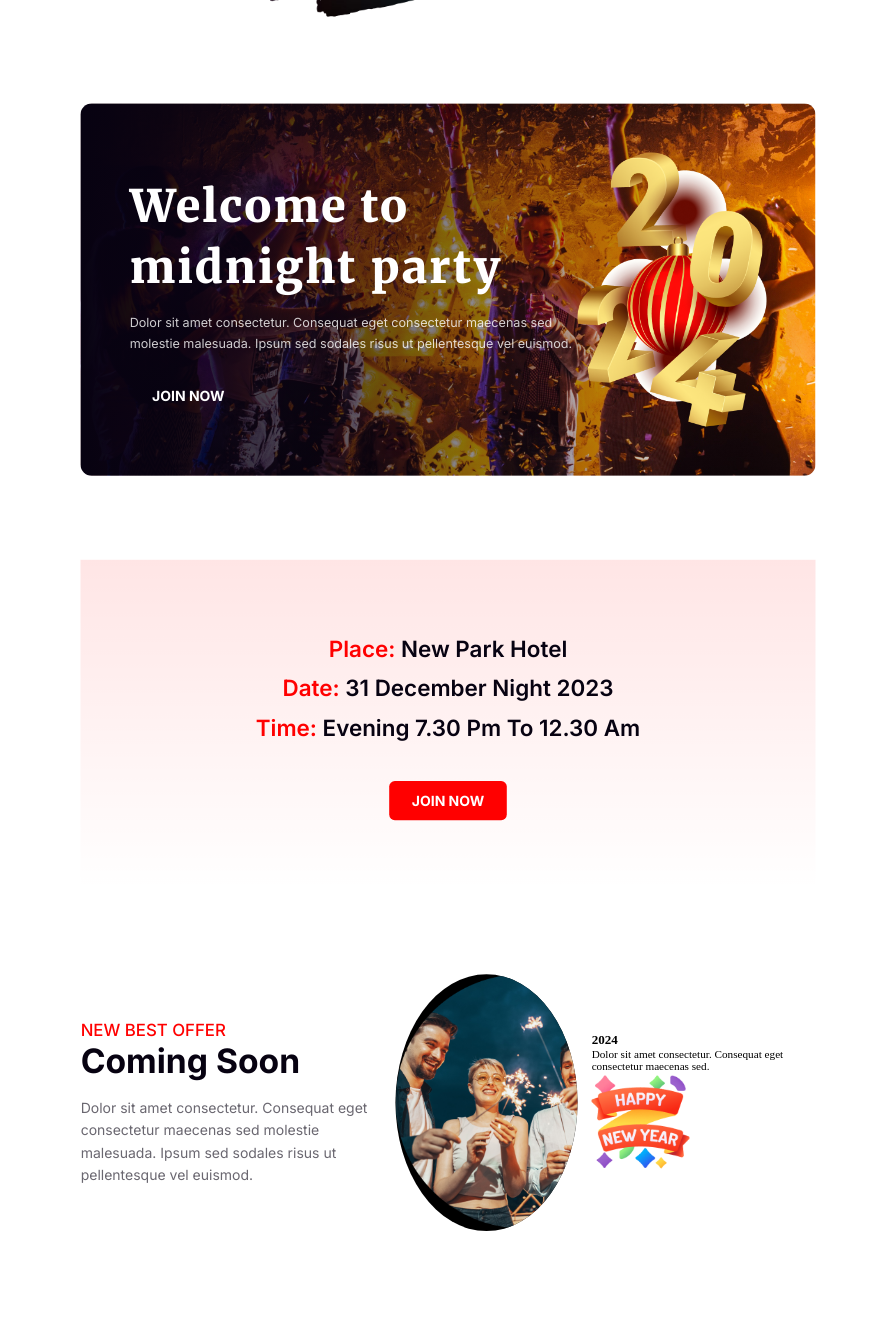
Repository: rahmatahmedrifat/First-Assignment
Page: index.html
These files come from the project's save history. The page is drawn as it stood at one moment and after the next save; the edit follows.
The browser window is 1280 px wide. The pictures show the part of the page from y = 1514 to 3434 px (the page is 3401 px tall before and 3434 px after), at 70% of full size.

Above is the page before, as saved 2024-01-08 16:25:11.

### index.html
<!DOCTYPE html>
<html lang="en">
<head>
    <meta charset="UTF-8">
    <meta name="viewport" content="width=device-width, initial-scale=1.0">
    <!-- Title  -->
    <title>New Year 2024</title>
    <!-- favicon icon linked -->
    <link rel="shortcut icon" href="images/New Year Photo.png" type="image/x-icon">
    <!-- style css linked-->
    <link rel="stylesheet" href="Style/style.css">
</head>
<body>
    <!-- header part  -->
    <header>
        <!-- banner section part -->
        <section id="banner">
            <div class="container">
                <div class="banner-container">
                    <div class="banner-content">
                        <h3 class="celebration">Happy New Year</h3>
                        <h2 class="banner-title">New Year Party Celebration</h2>
                    </div>
                </div>
            </div>
        </section>
    </header>
    <!-- main part -->
    <main>
        <!-- categories section part  -->
            <section id="categories">
                <div class="container">
                    <div class="categories-container">
                        <h2 class="categories-discount">65% OFF</h2>
                        <p class="primary-summery">OUR HOLIDAY DEALS ARE BETTER</p>
                        <h3 class="categories-title">ALL CATEGORIES</h3>
                        <div class="categories-img">
                            <img id="new-year-img" src="images/New Year Photo.png" alt="Happy New Year">
                        </div>
                    </div>
                </div>
            </section>

            <!-- party-banner section part -->
            <section id="party-banner">
                <div class="container">
                    <div class="party-container">
                        <div class="party-content">
                            <h2 class="party-title">Welcome to midnight party</h2>
                            <p class="party-description">Dolor sit amet consectetur. Consequat eget consectetur maecenas sed molestie malesuada. Ipsum sed sodales risus ut pellentesque vel euismod. </p>
                            <button id="join-now-btn">JOIN NOW</button>
                        </div>
                        <img class="party-img" src="images/icon/Group 70.png" alt="party-img">
                    </div>
                </div>
            </section>
            <!-- Announce section part -->
            <section id="announce">
                <div class="container">
                    <div class="announce-content">
                        <h4 class="announce-title"><span class="title-color">Place:</span> New Park Hotel</h4>
                        <h4 class="announce-title"><span class="title-color">Date:</span> 31 December Night 2023</h4>
                        <h4 class="announce-title"><span class="title-color">Time:</span> Evening 7.30 pm to 12.30 am</h4>
                        <button class="announce-btn">Join Now</button>
                    </div>
                </div>
            </section>
            <!-- best offer section part -->
            <section id="best-offer">
                <div class="container">
                    <div class="best-offer-container">
                        <div class="best-offer-content">
                            <p class="primary-summery">NEW BEST OFFER</p>
                            <h3 class="best-offer-title">Coming Soon</h3>
                            <p class="best-offer-description">Dolor sit amet consectetur. Consequat eget consectetur maecenas sed molestie malesuada. Ipsum sed sodales risus ut pellentesque vel euismod. </p>
                        </div>
                        <div class="best-offer-img-content">

                                <img class="best-offer-img" src="images/Ellipse 1.png" alt="best-offer-images">

                        </div>
                        <div class="best-offer-year-content">
                            <h3 class="best-offer-year">2024</h3>
                            <p class="best-offer-escription">Dolor sit amet consectetur. Consequat eget consectetur maecenas sed.</p>
                            <img class="best-offer-year-img" src="images/icon/Group 96.png" alt="best-offer-year-img">
                        </div>
                    </div>
                </div>
            </section>
    </main>
    <!--  footer part -->
    <footer></footer>
</body>
</html>

### Style/style.css
/* import google fonts */
@import url('https://fonts.googleapis.com/css2?family=Inter:wght@100;200;300;400;500;600;700;800;900&family=Merriweather:ital,wght@0,300;0,400;0,700;0,900;1,300;1,400;1,700;1,900&display=swap');

*{
    margin: 0;
    padding: 0;
    outline: 0;
}

.container{
    width: 82%;
    margin: 0 auto;
}
/* primary content */
.primary-summery{
    font-family: Inter;
    font-size: 24px;
    font-style: normal;
    font-weight: 500;
    color: #F00;
    line-height: normal;
}
/* banner section related css style */
#banner{
    margin-top: 30px;
}
.banner-container{
    background-image: linear-gradient(180deg, #070211 0%, rgba(7, 2, 17, 0.00) 100%), url(../images/Banner\ Image.png);
    background-size: cover;
    background-repeat: no-repeat;
    background-position: center;
    border-radius: 16px;
    padding: 177px 0px;
}
.banner-container .banner-content{
    width: 632px;
    margin: 0 auto;
}
.banner-container .banner-content .celebration{
    color: #FFF;
    text-align: center;
    font-family: Merriweather;
    font-size: 32px;
    font-style: normal;
    font-weight: 400;
    line-height: normal;
    margin-bottom: 16px;
    z-index: 99;
}
.banner-container .banner-content .banner-title{
    color: #FFF;
    text-align: center;
    font-family: Merriweather;
    font-size: 72px;
    font-style: normal;
    font-weight: 900;
    line-height: 95px;
}
/* categories section related css style */

#categories{
    margin: 120px 0px;
}
.categories-container{
    text-align: center;
}
.categories-container .categories-discount{
    font-family: Inter;
    font-size: 88px;
    font-style: normal;
    font-weight: 700;
    color: #F00;
    line-height: normal;
    margin-bottom: 48px;
}

.categories-title{
    font-family: Inter;
    font-size: 48px;
    font-style: normal;
    font-weight: 700;
    color: #070211;
    line-height: normal;
    margin-bottom: 48px;
}
.categories-container .categories-img{
    width: 800px;
    margin: 0 auto;
}
.categories-img #new-year-img{
    max-width: 100%;
}

/* party-banner section css style  */
#party-banner{

}
.party-container{
    background-image: linear-gradient(90deg, #070211 0%, rgba(7, 2, 17, 0.00) 100%), url(../images/Vectorrr.png);
    background-position: center;
    background-repeat: no-repeat;
    background-size: cover;
    display: flex;
    align-items: center;
    justify-content: space-between;
    border-radius: 16px;
    padding: 70px 70px;
}
.party-container .party-content{
    width: 900px;
}
.party-content .party-title{
    font-family: Merriweather;
    font-size: 64px;
    font-style: normal;
    font-weight: 900;
    color: #FFF;
    line-height: 88px;
    letter-spacing: 3px;
}
.party-content .party-description{
    font-family: Inter;
    font-size: 18px;
    font-style: normal;
    font-weight: 400;
    color: rgba(255, 255, 255, 0.80);
    line-height: 30px;
    margin-top: 20px;
}
#join-now-btn{
    font-family: Inter;
    font-size: 20px;
    font-style: normal;
    font-weight: 700;
    color: #FFF;
    background: transparent;
    line-height: normal;
    text-transform: uppercase;
    border: none;
    cursor: pointer;
    margin-top: 48px;
    margin-left: 32px;
}
.party-container .party-img{
    width: 270px;
    max-width: 100%;
}

/* Announce section css style */

#announce{
    margin: 120px 0px;
}
.announce-content{
    background: linear-gradient(180deg, rgba(255, 0, 0, 0.10) 0%, rgba(255, 0, 0, 0.00) 100%);
    padding: 100px 0;
    text-align: center;
}
.announce-content .announce-title{
    color: #070211;
    font-family: Inter;
    font-size: 32px;
    font-style: normal;
    font-weight: 600;
    line-height: 56px;
    text-transform: capitalize;
}
.announce-content .announce-title .title-color{
    color: #F00;
}
.announce-btn{
    font-family: Inter;
    font-size: 20px;
    font-style: normal;
    font-weight: 700;
    line-height: normal;
    color: #FFF;
    text-align: center;
    text-transform: uppercase;
    border-radius: 8px;
    background: #F00;
    padding: 16px 32px;
    border: none;
    cursor: pointer;
    transition: all ease 0.5s;
    margin-top: 48px;
}
.announce-btn:hover{
    background: #fff;
    color: #f00;
    outline: 1px solid #F00;
}
/* best-offer section style css */
#best-offer{
    margin-bottom: 128px;
}
.best-offer-title{
    font-family: Inter;
    font-size: 48px;
    font-style: normal;
    font-weight: 700;
    color: #070211;
    line-height: normal;
}
.best-offer-description{
    font-family: Inter;
    font-size: 20px;
    font-style: normal;
    font-weight: 400;
    color: rgba(7, 2, 17, 0.60);
    line-height: 32px;
    margin-top: 22px;
}
.best-offer-container{
    display: flex;
    align-items: center;
    gap: 20px;
}
.best-offer-content{
    width: 600px;
}
.best-offer-img-content{
    max-height: 463px;
    max-width: 463px;
    background-color: #000;
    border-radius: 50%;
    position: relative;
    overflow: hidden;
}
.best-offer-img-content .best-offer-img{
    width: 363px;
}
.best-offer-year{
    width: ;
}

After the next save:
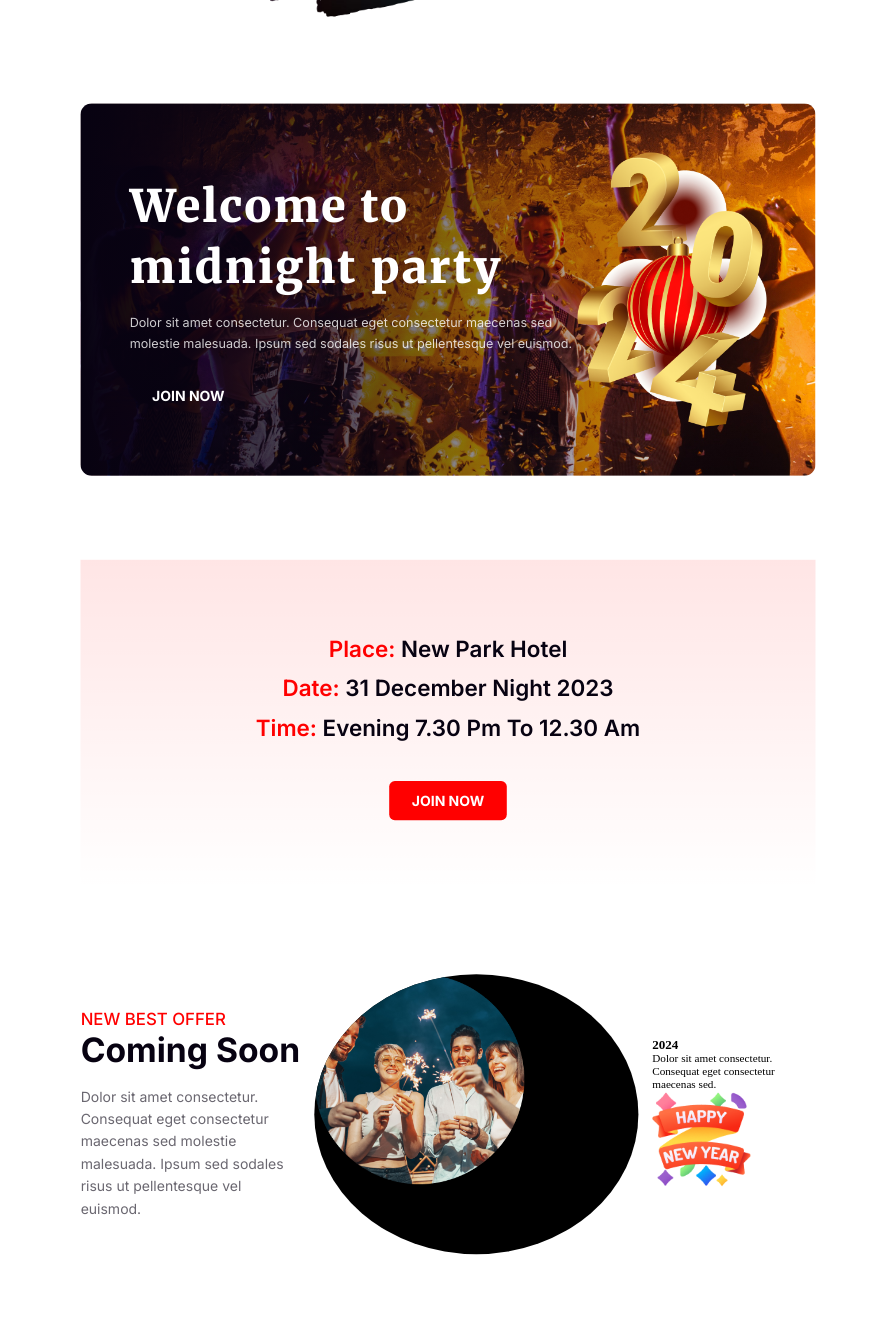
Saved 38 s later.
--- a/Style/style.css
+++ b/Style/style.css
@@ -220,15 +220,15 @@
     width: 600px;
 }
 .best-offer-img-content{
-    max-height: 463px;
-    max-width: 463px;
+    min-height: 400px;
+    min-width: 463px;
     background-color: #000;
     border-radius: 50%;
     position: relative;
     overflow: hidden;
 }
 .best-offer-img-content .best-offer-img{
-    width: 363px;
+    width: 300px
 }
 .best-offer-year{
     width: ;
